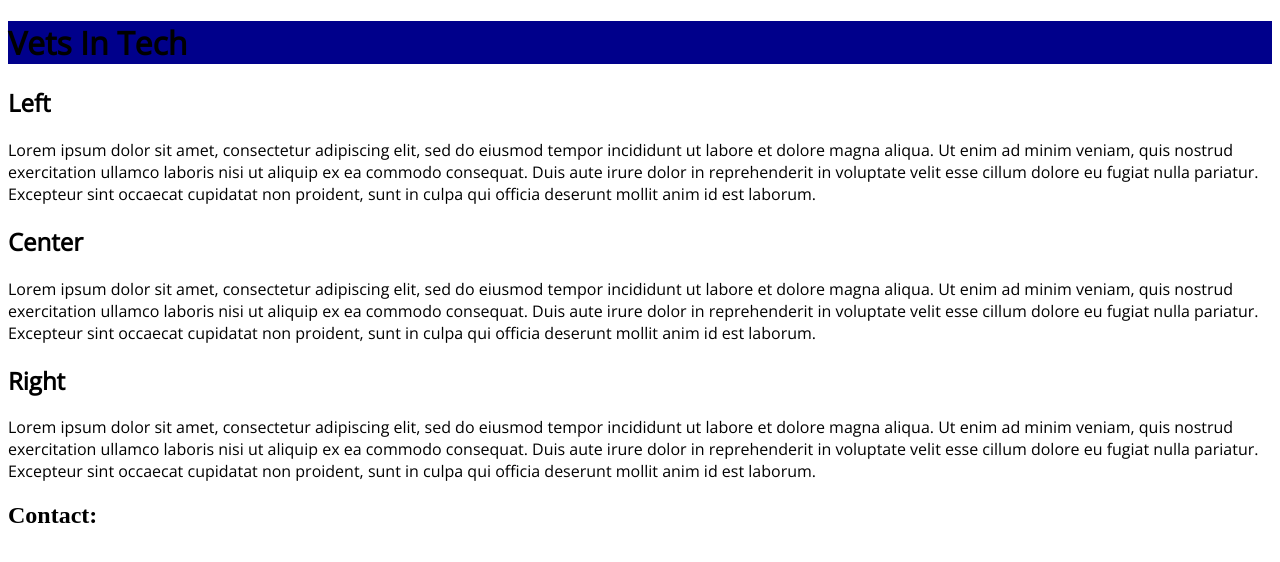
Repository: 3EyEdRav3n/10-2020-cohort-course
Page: week-1/Week-1 Assignment/index.html
These files come from the project's save history. The page is drawn as it stood at one moment and after the next save; the edit follows.
The browser window is 1280 px wide. The pictures show the whole page.

Above is the page before, as saved 2020-11-01 20:41:12.

After the next save:
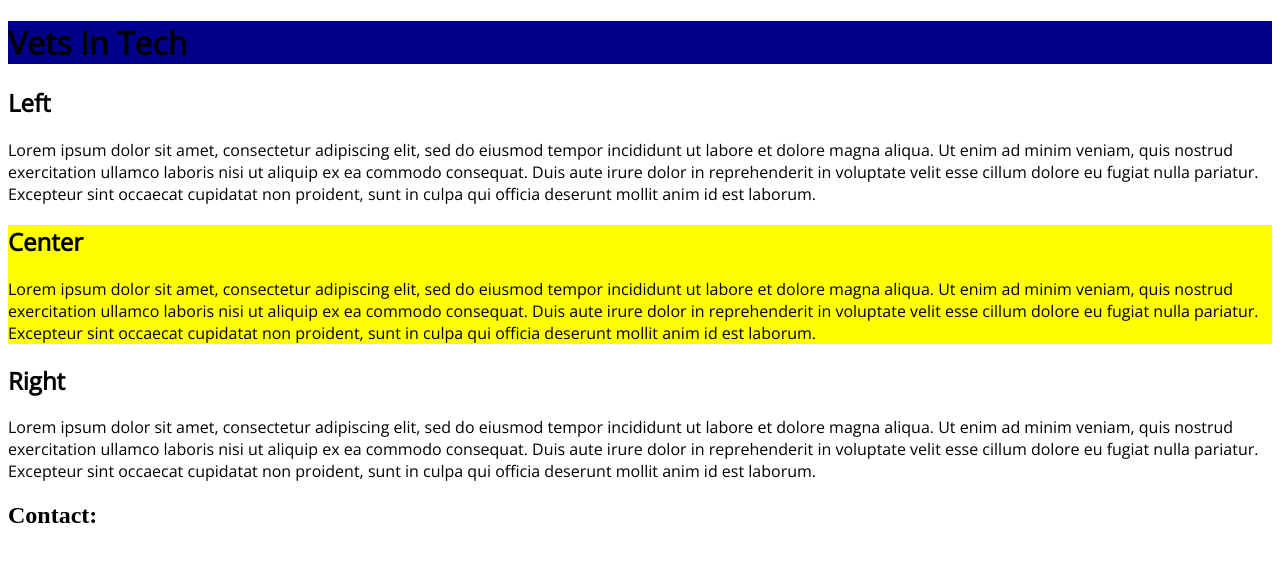
Saved 80 s later.
--- a/week-1/Week-1 Assignment/styles.css
+++ b/week-1/Week-1 Assignment/styles.css
@@ -11,8 +11,8 @@
 .left-col{
         background-image: "/images/lincoln.jpg";
 }
-.-col{
-
+.center-col{
+background-color: yellow;
 }
 .footer{
         font-family: 'Roboto Slab', serif;
